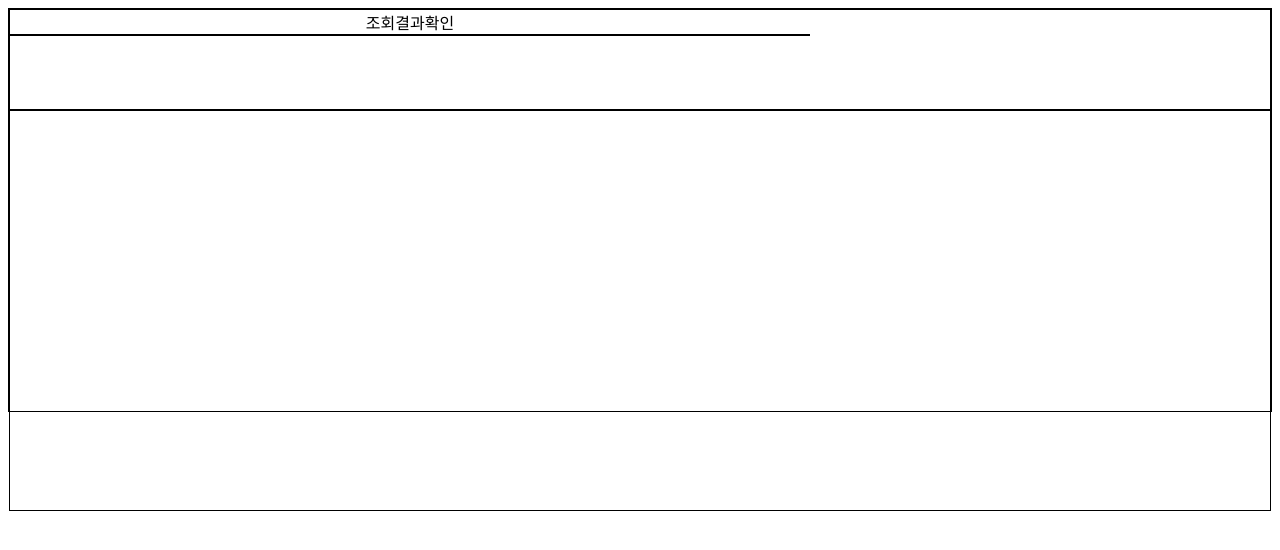
Repository: GotChun/DH_JSP
Page: http://localhost/01_JSP/C09/OracleDBCURD.jsp
The author's editor kept a copy of each file at every save. The page is drawn from the files as they stood at one save, then again after the next save.
The browser window is 1280 px wide. The pictures show the whole page.
The page is served by Tomcat 9. Other server files are loaded and not shown. Queries for data that is not in the repository find no rows.

Above is the page before, as saved 2024-10-24 02:33:17.

### 01_JSP/src/main/webapp/C09/OracleDBCURD.jsp
<%@ page language="java" contentType="text/html; charset=UTF-8"
    pageEncoding="UTF-8"%>

   <%@ page import ="java.sql.*" %>
   <%@ page import ="java.util.*"%>
   <%@ page import ="C09.*"%>


<%!
	String url="jdbc:oracle:thin:@localhost:1521:xe";
	String id="system";
	String pw="1234";

	Connection conn=null;
	PreparedStatement pstmt = null;
	ResultSet rs = null;

	// CRUD 함수 미리 만들기
	void connection() throws Exception{   //throws 안할거면 에러 페이지 따로 빼야함
		//Driver적재
		Class.forName("oracle.jdbc.driver.OracleDriver");
	conn=DriverManager.getConnection(url,id,pw);
	System.out.println("connected.."+ conn);
		//connection 객체 생성 + 연결
	}
	void insert(String userid,String password,String username) throws Exception{  //throws 로 던져도 되긴하는데 try catch 를 하는게 더 안전한 방법.
		//db 삽입
		pstmt = conn.prepareStatement("insert into tbl_test values(?,?,?)");
		pstmt.setString(1, userid);
		pstmt.setString(2, password);
		pstmt.setString(3, username);

		int result = pstmt.executeUpdate();
		pstmt.close();


	}

	List<TestDto> select() throws Exception{
		pstmt=conn.prepareStatement("select * from tbl_test");
		rs = pstmt.executeQuery();
		List<TestDto> list = new ArrayList();
		TestDto dto=null;
		if(rs!=null){

			while(rs.next()){
				dto = new TestDto();
				dto.setUserid(rs.getString("userid"));
				dto.setPassword(rs.getString("password"));
				dto.setUsername(rs.getString("username"));
				list.add(dto);
			}
		}
		rs.close();
		pstmt.close();

		return list;
	}


%>

<%
//DB 연결
connection();
	//insert("user1","1234","길동좌");
	//insert("user2","1234","동동좌");
	//insert("user3","1234","서동좌");
	//insert("user4","1234","야동좌");

	//select
	List<TestDto> list = select();
	list.forEach(item->System.out.println(item));
%>

<!DOCTYPE html>
<html>
<head>
<meta charset="UTF-8">
<title>Insert title here</title>
<style>
header{height:100px;border:1px solid;}
main{min-height:500px;border:1px solid;}
footer{height:300px;border:1px solid;}

</style>
</head>
<body>

	<div class ="wrapper">
		<header>
		<main>

		<table style="width:800px;margin:50 auto;border:1px solid;">
			<caption>조회결과확인</caption>
		</table>

		</main>
		</header>



		<footer>

		</footer>
	</div>


</body>
</html>

### 01_JSP/src/main/java/C09/TestDto.java
package C09;

public class TestDto {

	private String userid;
	private String password;
	private String username;
	public String getUserid() {
		return userid;
	}
	public void setUserid(String userid) {
		this.userid = userid;
	}
	public String getPassword() {
		return password;
	}
	public void setPassword(String password) {
		this.password = password;
	}
	public String getUsername() {
		return username;
	}
	public void setUsername(String username) {
		this.username = username;
	}
	@Override
	public String toString() {
		return "TestDto [userid=" + userid + ", password=" + password + ", username=" + username + "]";
	}
	public TestDto(String userid, String password, String username) {
		super();
		this.userid = userid;
		this.password = password;
		this.username = username;
	}
	public TestDto() {
		super();
	}


}

After the next save:
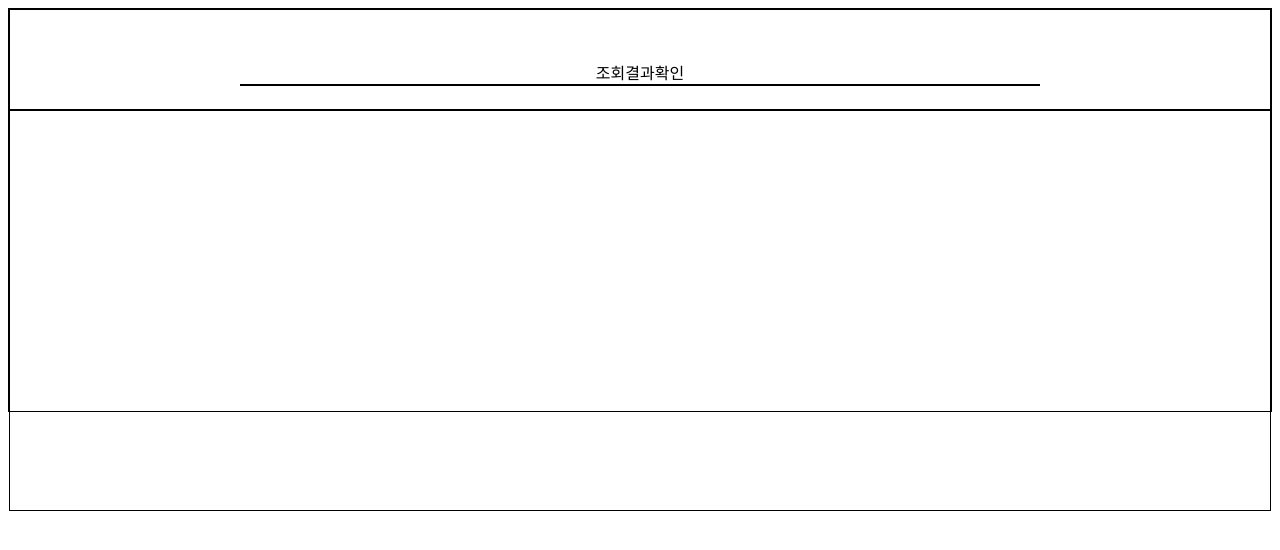
Saved 11 s later.
--- a/01_JSP/src/main/webapp/C09/OracleDBCURD.jsp
+++ b/01_JSP/src/main/webapp/C09/OracleDBCURD.jsp
@@ -91,7 +91,7 @@ footer{height:300px;border:1px solid;}
 		<header>
 		<main>
 
-		<table style="width:800px;margin:50 auto;border:1px solid;">
+		<table style="width:800px;margin:50px auto;border:1px solid;">
 			<caption>조회결과확인</caption>
 		</table>
 
